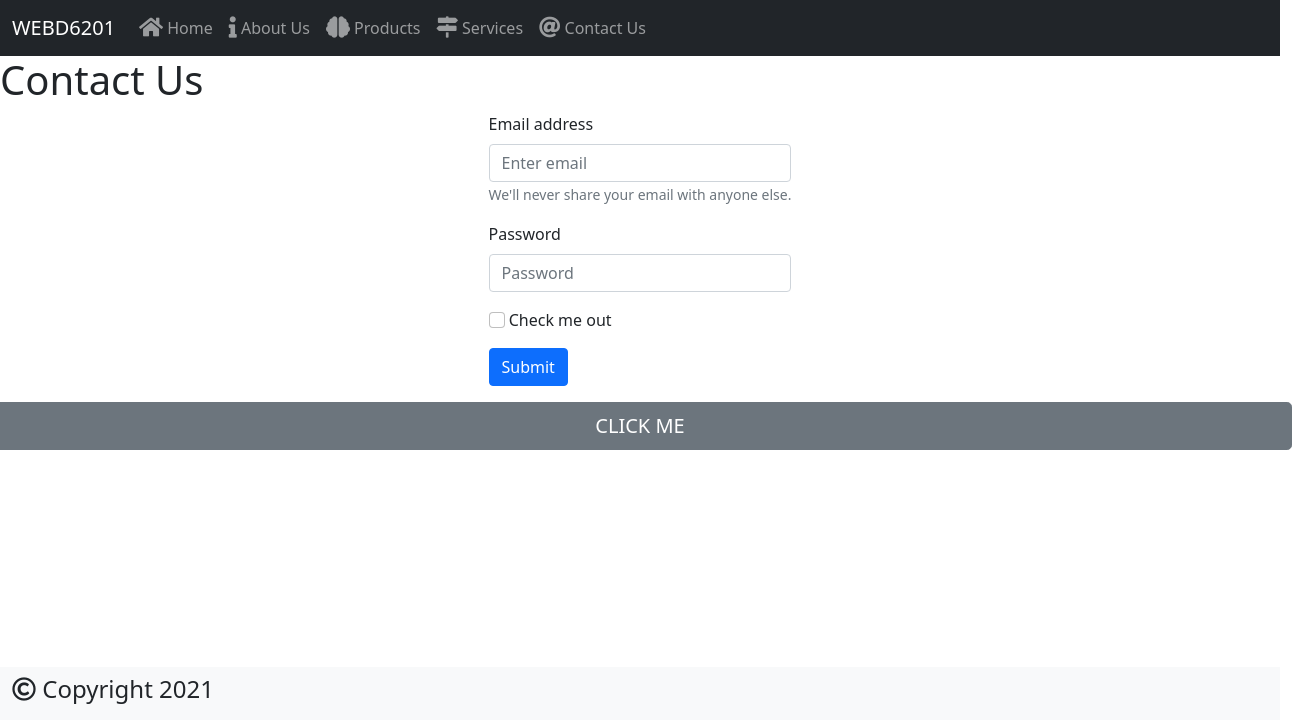
Repository: GarlicButterBoy/WEBD6201-Week1
Page: contact.html
An editor plug-in stored every save of this project. The page is shown before and after the next save, followed by the edit.
The browser window is 1280 px wide. The page is 1292 px wide, then 1280 px, so the pictures cover 1292 px, including what lies to the right of the window. The pictures show the whole page.

Above is the page before, as saved 2021-01-21 09:19:18.

### contact.html
<!DOCTYPE html>
<html lang="en">
<head>
    <meta charset="UTF-8">
    <meta name="viewport" content="width=device-width, initial-scale=1.0">
    <title>Contact Us</title>

    <!-- CSS Section -->
    <link rel="stylesheet" href="./node_modules/bootstrap/dist/css/bootstrap.min.css">
    <link rel="stylesheet" href="./node_modules/@fortawesome/fontawesome-free/css/all.min.css">
    <link rel="stylesheet" href="./Content/app.css">

</head>
<body>
       <!-- Main Nav Header -->

       <header>
         <!--Main Navigation-->
        <nav class="navbar navbar-expand-lg navbar-dark bg-dark">
            <div class="container-fluid">
              <a class="navbar-brand" href="index.html">WEBD6201</a>
              <button class="navbar-toggler" type="button" data-bs-toggle="collapse" data-bs-target="#navbarSupportedContent" aria-controls="navbarSupportedContent" aria-expanded="false" aria-label="Toggle navigation">
                <span class="navbar-toggler-icon"></span>
              </button>
              <div class="collapse navbar-collapse" id="navbarSupportedContent">
                <ul class="navbar-nav ml-auto mb-2 mb-lg-0">

                  <li class="nav-item">
                    <a class="nav-link" aria-current="page" href="index.html">
                        <i class="fas fa-home fa-lg"></i> Home</a>
                  </li>

                  <li class="nav-item">
                    <a class="nav-link" aria-current="page" href="about.html">
                        <i class="fas fa-info fa-lg"></i> About Us</a>
                  </li>

                  <li class="nav-item">
                    <a class="nav-link" aria-current="page" href="products.html">
                        <i class="fas fa-brain fa-lg"></i> Products</a>
                  </li>

                  <li class="nav-item">
                    <a class="nav-link" aria-current="page" href="services.html">
                        <i class="fas fa-map-signs fa-lg"></i> Services</a>
                  </li>

                  <li class="nav-item  active">
                    <a class="nav-link" aria-current="page" href="contact.html">
                        <i class="fas fa-at fa-lg"></i> Contact Us</a>
                  </li>

                </ul>
              </div>
            </div>
          </nav>
    </header>
<!--Main Content-->
    <main class="row justify-content-md-center">
        <h1>Contact Us</h1>

        <form class="col-lg-auto">

          <div class="mb-3">
            <label for="exampleInputEmail1" class="form-label">Email address</label>
            <input type="email" class="form-control" id="exampleInputEmail1" aria-describedby="emailHelp" placeholder="Enter email">
            <small id="emailHelp" class="form-text text-muted">We'll never share your email with anyone else.</small>
          </div>

          <div class="mb-3">
            <label for="exampleInputPassword1" class="form-label">Password</label>
            <input type="password" class="form-control" id="exampleInputPassword1" placeholder="Password">
          </div>

          <div class="mb-3">
            <input type="checkbox" class="form-check-input" id="exampleCheck1">
            <label class="form-check-label" class="form-check-label" for="exampleCheck1">Check me out</label>
          </div>
          <button type="submit" class="btn btn-primary">Submit</button>
        </form>

        <p id="paragraphOne" ></p>
        <button class="btn btn-secondary btn-lg" id="clickMeButton">CLICK ME</button>
    </main>
<!--Main Footer-->
    <footer>
        <nav class="navbar fixed-bottom navbar-light bg-light">
            <div class="container-fluid">
              <h4><i class="far fa-copyright" ></i> Copyright 2021</h4>
            </div>
        </nav>
    </footer>

    <!-- JavaScript Section -->
    <script src="./node_modules/jquery/dist/jquery.min.js"></script>
    <script src="./node_modules/bootstrap/dist/js/bootstrap.bundle.min.js"></script>
    <script src="./Scripts/app.js"></script>

</body>
</html>

### Content/app.css
/*
 * Custom CSS goes here!
 */

### Scripts/app.js
/*
 * Custom Scripts go here!
 */

//IIFE - Immediately Invoked Function Expression
//AKA - Anonymous Self-Executing Function
//Closure - Limits Scope Leak

"use strict";

(function()
{

    function displayHome()
    {

    }

    function displayAbout()
    {

    }

    function displayProducts()
    {

    }

    function displayServices()
    {

    }

    function displayContact()
    {

    }

    //Initialization Function
    function Start()
    {

       console.log("App Started...");
       switch(document.title)
       {
           case 'Home':
               displayHome();
               break;
           case 'About':
               displayAbout();
               break;
           case 'Products':
               displayProducts();
               break;
           case 'Services':
               displayServices();
               break;
           case 'Contact':
               displayContact();
               break;
       }

/*
       let paragraphOneText = "This is a simple site to demonstrate DOM Manipulation for ICE 01.";

       let paragraphOneElement = document.getElementById("paragraphOne");

       paragraphOneElement.className = "fs-5 fw-bold";
       paragraphOneElement.textContent = paragraphOneText;

       //Step 1. document.createElement
       let newParagraph = document.createElement("p");
       //Step 2. Configure the element
       newParagraph.setAttribute("id", "paragraphTwo");
       newParagraph.textContent = "...And this is paragraph Two.";
       //Step 3. Select the parent
       let mainContent = document.getElementsByTagName("main")[0];
       //Step 4. Add/Insert the element
       mainContent.appendChild(newParagraph);

       paragraphTwo.className = "fs-6";

       //Another way to inject a comment
       let paragraphDiv = document.createElement('div');
       let paragraphThree = `<p class="fs-7" fw-bold>This is the third paragraph.</p>`;
       paragraphDiv.innerHTML = paragraphThree;

       //Insertion Before
       //paragraphTwo.before(paragraphDiv);

       //Insertion After
       paragraphTwo.after(paragraphDiv);

       //deletions
       //target an element
       //paragraphOneElement.remove();//remove a single element
       //target a child (rough)
       mainContent.removeChild(paragraphOneElement);

       //updates/modifications
       //paragraphTwoElement.firstChild.textContent = "This is an update. Welcome back!";
       mainContent.firstElementChild.textContent = "This is an update. Welcome back!";

        mainContent.innerHTML =
        `
        <h1 id="firstHeading">Welcome to Webd6201 - Lab 1</h1>
        <p id="firstParagraph" class="fw-bold">This is the first paragraph</p>
        `;
*/
       for (let index = 0; index < 5; index++)
       {

        console.log(index);

        let clickMeButton = document.getElementById("clickMeButton");



        clickMeButton.addEventListener("click", ()=>
        {
            console.log("Click me button was depressed :(");
        });
       }
    }
    //Event Listener
    window.addEventListener("load", Start);

})();

Loaded but not shown: node_modules/bootstrap/dist/css/bootstrap.min.css (library); node_modules/@fortawesome/fontawesome-free/css/all.min.css (library); node_modules/jquery/dist/jquery.min.js (library); node_modules/bootstrap/dist/js/bootstrap.bundle.min.js (library)

After the next save:
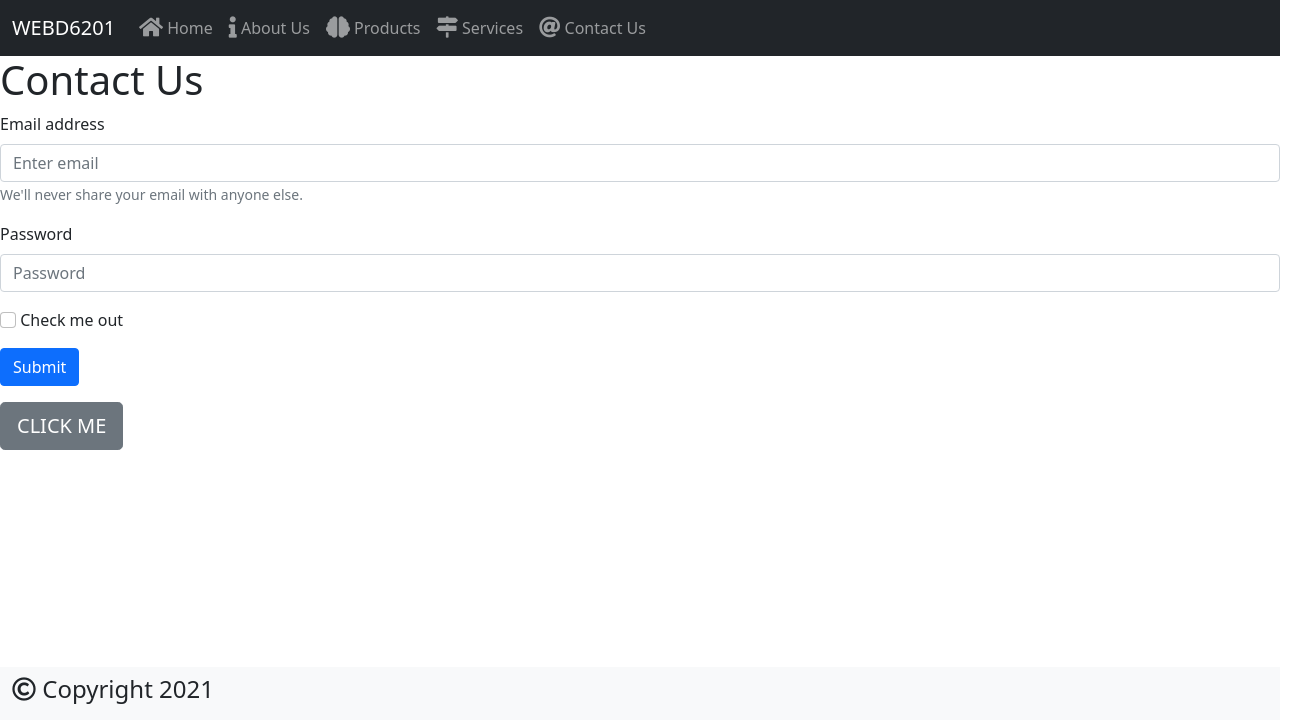
Saved 29 s later.
--- a/contact.html
+++ b/contact.html
@@ -56,7 +56,7 @@
           </nav>
     </header>
 <!--Main Content-->
-    <main class="row justify-content-md-center">
+    <main >
         <h1>Contact Us</h1>
 
         <form class="col-lg-auto">
